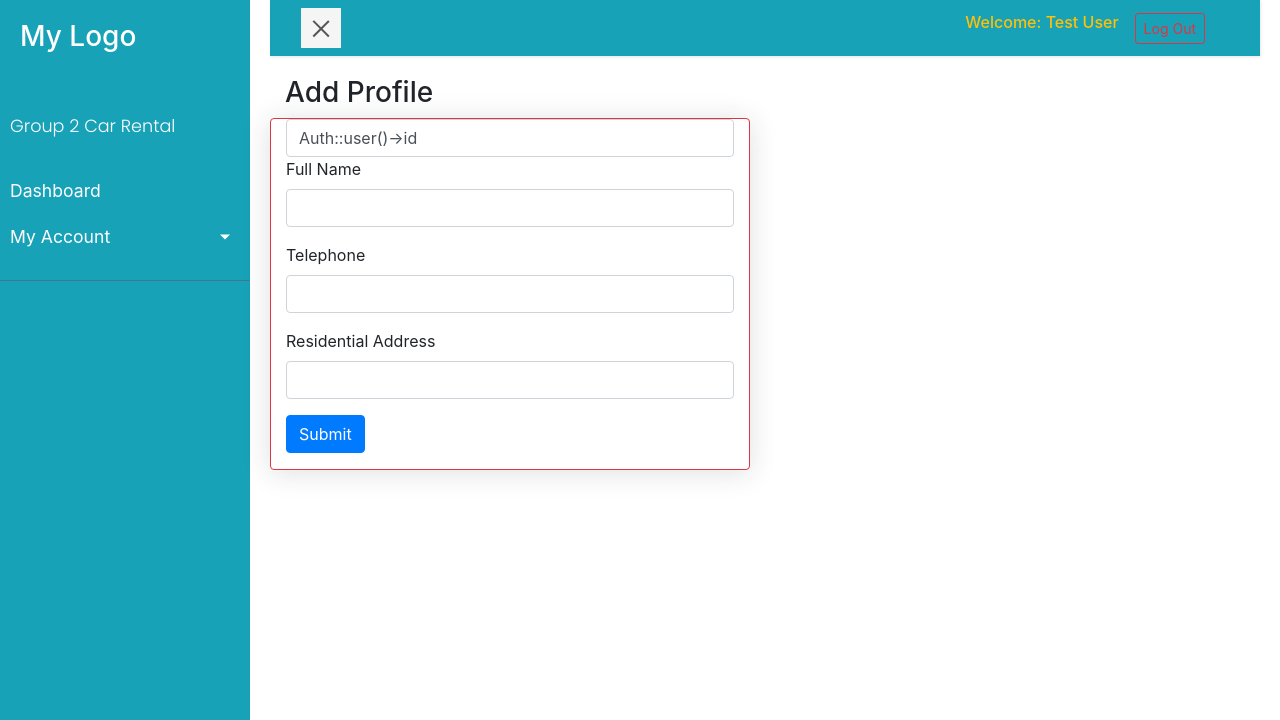
Repository: Cwills21/Aiti-dbc26.1-group-2
Page: http://localhost/customers/add
The author's editor kept a copy of each file at every save. The page is drawn from the files as they stood at one save, then again after the next save.
The browser window is 1280 px wide. The pictures show the whole page.
Some web libraries are served in a nearby version. The page is served by the project's Laravel application, run on PHP 8.4 with Laravel 8. A made-up administrator, Test User (test@example.com), is signed in. Other server files are loaded and not shown.

Above is the page before, as saved 2022-03-24 21:59:22.

### routes/web.php
<?php

use App\Http\Controllers\CarController;
use App\Http\Controllers\RentController;
use App\Http\Controllers\CustomerController;
use App\Http\Controllers\Auth\RegisteredUserController;
use Illuminate\Support\Facades\Route;

/*
|--------------------------------------------------------------------------
| Web Routes
|--------------------------------------------------------------------------
|
| Here is where you can register web routes for your application. These
| routes are loaded by the RouteServiceProvider within a group which
| contains the "web" middleware group. Now create something great!
|
*/


Route::get('/', [CarController::class, 'welcome'])->name('welcome');
Route::get('/dashbd', [CarController::class, 'dashbd'])->name('dashbd');

// Route::get('/dashboard', function () {
//     return view('dashboard');
// })->middleware(['auth'])->name('dashboard');

require __DIR__.'/auth.php';

//Cars
Route::prefix('/cars')->group(function(){
    Route::get('/', [CarController::class, 'showAllCars'])->name('showAllCars');
    Route::get('/add', [CarController::class, 'showAddCarPage'])->name('showAddCarPage');
    Route::get('/{id}/edit', [CarController::class, 'showEditCarPage'])->name('updateCar');

    Route::post('/', [CarController::class, 'saveCar'])->name('saveCar');
    Route::put('/', [CarController::class, 'updateCar']);
    Route::delete('/', [CarController::class, 'deleteCar'])->name('deleteCar');

    });
//Users
Route::prefix('/admin')->group(function(){
    // Route::get('/', [CarController::class, 'showAllCars'])->name('showAllCars');
    Route::get('/add', [RegisteredUserController::class, 'showAddAdmin'])->name('showAddAdmin');
    Route::put('/', [RegisteredUserController::class, 'addAdmin']);
    });

//Rent
Route::prefix('/rent')->group(function(){
    Route::get('/{id}/rent', [RentController::class, 'showRentCarPage'])->name('rentCar');
    });

//Customers
    //Route::prefix('/customers')->group(function(){
        // Route::get('/', [CarController::class, 'showAllCars'])->name('showAllCars');
        //Route::get('/add', [CustomerController::class, 'showAddCustomerPage'])->name('AddProfile');
        // Route::get('/{id}/edit', [CarController::class, 'showEditCarPage'])->name('updateCar');

        // Route::post('/', [CarController::class, 'saveCar'])->name('saveCar');
        // Route::put('/', [CarController::class, 'updateCar']);
        // Route::delete('/', [CarController::class, 'deleteCar'])->name('deleteCar');

        //});

Route::get('/customers', [CustomerController::class, 'showAllCustomers'])->middleware(['auth']);
Route::get('/customers/add', [CustomerController::class, 'showAddCustomerPage'])->name('AddProfile');
// Route::get('/courses/{id}', [CourseController::class, 'showOneCourse'])->name('viewCourse');

Route::get('/customers/{id}/edit', [CustomerController::class, 'showEditCustomerPage'])->name('updateCustomer');
Route::post('/customers', [CustomerController::class, 'saveCustomer'])->name('saveCustomer');
Route::put('/customers', [CustomerController::class, 'updateCustomer']);
Route::delete('/customers', [CustomerController::class, 'deleteCustomer'])->name('deleteCustomer');

### app/Models/User.php
<?php

namespace App\Models;

use Illuminate\Contracts\Auth\MustVerifyEmail;
use Illuminate\Database\Eloquent\Factories\HasFactory;
use Illuminate\Foundation\Auth\User as Authenticatable;
use Illuminate\Notifications\Notifiable;
use Laravel\Sanctum\HasApiTokens;

class User extends Authenticatable
{
    use HasApiTokens, HasFactory, Notifiable;

    /**
     * The attributes that are mass assignable.
     *
     * @var array<int, string>
     */
    protected $fillable = [
        'user_type',
        'name',
        'email',
        'password',
    ];

    /**
     * The attributes that should be hidden for serialization.
     *
     * @var array<int, string>
     */
    protected $hidden = [
        'password',
        'remember_token',
    ];

    /**
     * The attributes that should be cast.
     *
     * @var array<string, string>
     */
    protected $casts = [
        'email_verified_at' => 'datetime',
    ];
}

### app/Http/Controllers/CustomerController.php
<?php

namespace App\Http\Controllers;

use App\Models\Customer;
use Illuminate\Http\Request;

class CustomerController extends Controller
{
    public function showAddCustomerPage(){
    return view('customers.customer-form')
    ->with('customer', new Customer)
    ->with('edit', false);
    }

    public function showAllCustomers(Request $request) {
        $searchTerm = $request->query('search');
         if($searchTerm == null){
             $allCustomers = Customer::paginate(10);
         } else {
              $allCustomers = Customer::where('name','like', "%{$searchTerm}%");
              //->orWhere('Customer_id','like', "%{$searchTerm}%")->paginate(10);
         }
    return view('customers.list')
            ->with('customers', $allCustomers);
        }

    // public function showAddCustomerPage(){

    //     return view('customers.customers-form')
    //          ->with('customer', new Customer)
    //          ->with('edit', false);
    // }



    public function updateCustomer(Request $request){
        $customer = Customer::findOrFail( $request->input('id'));
        $customer->name = $request->input('name');
        $customer->contact = $request->input('contact');
        $customer->address = $request->input('address');
        $customer->save();
        session()->flash('alert', $customer->name. ' updated successfully');
        return redirect('/customers');
    }


    public function showEditCustomerPage($id)
    {
        $customer = Customer::findOrFail($id);
        return view('customers.customer-form')
         ->with('edit', true)
         ->with('customer', $customer);
    }


    public function saveCustomer(Request $request)
    {
        $request->validate([
            'name' => 'required|string|max:100',
            'contact' => 'required|string|unique:customers,contact',
            'address' => 'required'
        ],[
                // custom messages
                'unique' => 'This :attribute is already registered in the system'
            ]);



            $newCustomer = new Customer;
            $newCustomer->user_id = $request->input('user_id');
            $newCustomer->customer_name = $request->input('name');
            $newCustomer->contact = $request->input('contact');
            $newCustomer->res_address = $request->input('address');
            $newCustomer->save();
            session()->flash('alert', $newCustomer->name. ' created successfully');
            // $data = $request->all();
            // unset($data['_token']);
            // Customer::create($data);

            return redirect('/customers');
        }

        public function deleteCustomer(Request $request){
            $customer = Customer::findOrFail( $request->input('id'));
            $customer->delete();
            session()->flash('alert', $customer->name. ' deleted successfully');
            return redirect('/customers');
        }
}

### resources/views/customers/customer-form.blade.php
@extends('layout.master')

@section('page_title', 'Add Profile')

@section('content')

@if($edit)
   <h3>Edit Your Profile</h3>
@else
    <h3>Add Profile</h3>
@endif
<div class="row col-md-6 card border border-danger">
<form action="/customers" method="POST" enctype="multipart/form-data">
    @csrf
    @if($edit)
    <input type="hidden" name="id" value="{{$customer->id}}">
    @method('PUT')
    @endif

  <!-- <div class="mb-3"> -->
      <!-- <label for="user_id" class="form-label">User Id</label> -->
    <input type="text" required class="form-control" name="user_id" value="Auth::user()->id">
  <!-- </div> -->
  <div class="mb-3">
      <label for="name" class="form-label">Full Name</label>
      <input type="text" required
      maxlength="100"
      class="form-control @error('name') is-invalid @enderror"
      name="name"
      value="{{old('name') ? old('name') : $customer->name}}" >
      @error('name')
      <div class="invalid-feedback">{{ $message }}</div>
      @enderror
  </div>
  <div class="mb-3">
      <label for="contact" class="form-label">Telephone</label>
      <input type="text" required
      minlength="10" maxlength="10"
      class="form-control @error('contact') is-invalid @enderror"
      name="contact"
      value="{{old('contact') ? old('contact') : $customer->contact}}" >
      @error('contact')
      <div class="invalid-feedback">{{ $message }}</div>
      @enderror
  </div>
  <div class="mb-3">
      <label for="address" class="form-label">Residential Address</label>
      <input type="text" required
      minlength="2" maxlength="100"
      class="form-control @error('address') is-invalid @enderror"
      name="address"
      value="{{old('address') ? old('address') : $customer->address}}" >
      @error('address')
      <div class="invalid-feedback">{{ $message }}</div>
      @enderror
  </div>
  <div class="mb-3">
  <button type="submit" class="btn btn-primary ">Submit</button>
  </div>
</form>
</div>
@endsection

### resources/views/common/alert.blade.php
 @if(session()->has('alert'))
 <div class="alert alert-success" role="alert">
  {{session('alert')}}
</div>
@endif

### public/css/style.css
/*
    DEMO STYLE
*/
@import "https://fonts.googleapis.com/css?family=Poppins:300,400,500,600,700";


body {
    font-family: 'Poppins', sans-serif;
    background: #fafafa;
}

p {
    font-family: 'Poppins', sans-serif;
    font-size: 1.1em;
    font-weight: 300;
    line-height: 1.7em;
    color: #999;
}

a, a:hover, a:focus {
    color: inherit;
    text-decoration: none;
    transition: all 0.3s;
}

.navbar {
    padding: 2px 10px;
    background: #17a2b8;
    border: none;
    border-radius: 0;
    margin-bottom: 20px;
    /*box-shadow: 1px 1px 3px rgba(0, 0, 0, 0.1);*/
    box-shadow: 1px 1px 3px rgba(0.5, 0, 0, 0.1);
}

.navbar-btn {
    box-shadow: none;
    outline: none !important;
    border: none;
}

.line {
    width: 100%;
    height: 1px;
    border-bottom: 1px dashed #ddd;
    margin: 40px 0;
}

/* ---------------------------------------------------
    SIDEBAR STYLE
----------------------------------------------------- */

.wrapper {
    display: flex;
    width: 100%;
    align-items: stretch;
    perspective: 1500px;
}


#sidebar {
    min-width: 250px;
    max-width: 250px;
    background: #17a2b8;
    color: #fff;
    transition: all 0.6s cubic-bezier(0.945, 0.020, 0.270, 0.665);
    transform-origin: bottom left;
}

    #sidebar.active {
        margin-left: -250px;
        transform: rotateY(100deg);
    }

    #sidebar .sidebar-header {
        padding: 20px;
        background: #17a2b8;
    }

    #sidebar ul.components {
        padding: 20px 0;
        border-bottom: 1px solid #47748b;
    }

    #sidebar ul p {
        color: #fff;
        padding: 10px;
    }

    #sidebar ul li a {
        padding: 10px;
        font-size: 1.1em;
        display: block;
    }

        #sidebar ul li a:hover {
            color: #7386D5;
            background: #fff;
        }

    #sidebar ul li.active > a, a[aria-expanded="true"] {
        color: #fff;
        background: #17a2b8;
    }


a[data-toggle="collapse"] {
    position: relative;
}

.dropdown-toggle::after {
    display: block;
    position: absolute;
    top: 50%;
    right: 20px;
    transform: translateY(-50%);
}

ul ul a {
    font-size: 0.9em !important;
    padding-left: 30px !important;
    background: #6d7fcc;
}

ul.CTAs {
    padding: 20px;
}

    ul.CTAs a {
        text-align: center;
        font-size: 0.9em !important;
        display: block;
        border-radius: 5px;
        margin-bottom: 5px;
    }

a.download {
    background: #fff;
    color: #7386D5;
}

a.article, a.article:hover {
    background: #6d7fcc !important;
    color: #fff !important;
}



/* ---------------------------------------------------
    CONTENT STYLE
----------------------------------------------------- */
#content {
    width: 100%;
    padding: 0px 20px 20px 20px;
    min-height: 100vh;
    transition: all 0.3s;
}

#sidebarCollapse {
    width: 40px;
    height: 40px;
    background: #f5f5f5;
    cursor: pointer;
}

    #sidebarCollapse span {
        width: 80%;
        height: 2px;
        margin: 0 auto;
        display: block;
        background: #555;
        transition: all 0.8s cubic-bezier(0.810, -0.330, 0.345, 1.375);
        transition-delay: 0.2s;
    }

        #sidebarCollapse span:first-of-type {
            transform: rotate(45deg) translate(2px, 2px);
        }

        #sidebarCollapse span:nth-of-type(2) {
            opacity: 0;
        }

        #sidebarCollapse span:last-of-type {
            transform: rotate(-45deg) translate(1px, -1px);
        }


    #sidebarCollapse.active span {
        transform: none;
        opacity: 1;
        margin: 5px auto;
    }


/* ---------------------------------------------------
    MEDIAQUERIES
----------------------------------------------------- */
@media (max-width: 768px) {
    #sidebar {
        margin-left: -250px;
        transform: rotateY(90deg);
    }

        #sidebar.active {
            margin-left: 0;
            transform: none;
        }

    #sidebarCollapse span:first-of-type,
    #sidebarCollapse span:nth-of-type(2),
    #sidebarCollapse span:last-of-type {
        transform: none;
        opacity: 1;
        margin: 5px auto;
    }

    #sidebarCollapse.active span {
        margin: 0 auto;
    }

        #sidebarCollapse.active span:first-of-type {
            transform: rotate(45deg) translate(2px, 2px);
        }

        #sidebarCollapse.active span:nth-of-type(2) {
            opacity: 0;
        }

        #sidebarCollapse.active span:last-of-type {
            transform: rotate(-45deg) translate(1px, -1px);
        }
}

### public/css/details.css
body {
    margin-top: 20px;
    background-color: #f2f6fc;
    color: #69707a;
}

.img-account-profile {
    height: 10rem;
}

.rounded-circle {
    border-radius: 50% !important;
}

.card {
    box-shadow: 0 0.15rem 1.75rem 0 rgb(33 40 50 / 15%);
}

    .card .card-header {
        font-weight: 500;
    }

.card-header:first-child {
    border-radius: 0.35rem 0.35rem 0 0;
}

.card-header {
    padding: 1rem 1.35rem;
    margin-bottom: 0;
    background-color: rgba(33, 40, 50, 0.03);
    border-bottom: 1px solid rgba(33, 40, 50, 0.125);
}

.form-control, .dataTable-input {
    display: block;
    width: 100%;
    padding: 0.875rem 1.125rem;
    font-size: 0.875rem;
    font-weight: 400;
    line-height: 1;
    color: #69707a;
    background-color: #fff;
    background-clip: padding-box;
    border: 1px solid #c5ccd6;
    -webkit-appearance: none;
    -moz-appearance: none;
    appearance: none;
    border-radius: 0.35rem;
    transition: border-color 0.15s ease-in-out, box-shadow 0.15s ease-in-out;
}

.nav-borders .nav-link.active {
    color: #0061f2;
    border-bottom-color: #0061f2;
}

.nav-borders .nav-link {
    color: #69707a;
    border-bottom-width: 0.125rem;
    border-bottom-style: solid;
    border-bottom-color: transparent;
    padding-top: 0.5rem;
    padding-bottom: 0.5rem;
    padding-left: 0;
    padding-right: 0;
    margin-left: 1rem;
    margin-right: 1rem;
}

### public/assets/css/media-queries.css

@media (min-width: 992px) and (max-width: 1199px) {

	.section-1-box .section-1-box-icon { width: 60px; height: 60px; font-size: 32px; line-height: 60px; }

}

@media (min-width: 768px) and (max-width: 991px) {

	.navbar-expand-md .navbar-nav .nav-link { padding-left: 0.6rem; padding-right: 0.6rem; }

	.section-description p { padding: 0; }

	.section-1-box .section-1-box-icon { width: 50px; height: 50px; font-size: 26px; line-height: 50px; }

	.section-3-box .section-3-box-icon { width: 50px; height: 50px; font-size: 26px; line-height: 50px; }

}

@media (max-width: 767px) {

	.navbar-dark .navbar-toggler { border-color: #444; }
	.navbar-dark .navbar-toggler:focus { background: #333; outline: 0; }
	.navbar-expand-md .navbar-nav .nav-link { padding-top: 0.3rem; padding-bottom: 0.3rem; }

	.section-description p { padding: 0; }

	.section-1-container { padding-bottom: 60px; }
	.section-1-box { text-align: center; }
	.section-1-box h3 { margin-top: 20px; padding-top: 10px; }

	.section-3-box { text-align: center; }
	.section-3-box h3 { margin-top: 20px; padding-top: 10px; }

}

@media (max-width: 415px) {

	h1, h2 { font-size: 32px; }

}


/* Retina-ize images/icons */

@media
only screen and (-webkit-min-device-pixel-ratio: 2),
only screen and (   min--moz-device-pixel-ratio: 2),
only screen and (     -o-min-device-pixel-ratio: 2/1),
only screen and (        min-device-pixel-ratio: 2),
only screen and (                min-resolution: 192dpi),
only screen and (                min-resolution: 2dppx) {

	/* logo */
    .navbar-brand {
    	background-image: url(../img/logo@2x.png) !important; background-repeat: no-repeat !important; background-size: 123px 34px !important;
    }

}

### public/assets/css/carousel.css
/*

CC 2.0 License Iatek LLC 2018
Attribution required

*/


@media (min-width: 768px) and (max-width: 991px) {
  /* Show 4th slide on md  if col-md-4*/
    .carousel-inner .active.col-md-4.carousel-item + .carousel-item + .carousel-item + .carousel-item {
        position: absolute;
        top: 0;
        right: -33.3333%;  /*change this with javascript in the future*/
        z-index: -1;
        display: block;
        visibility: visible;
    }

}

@media (min-width: 576px) and (max-width: 768px) {
  /* Show 3rd slide on sm  if col-sm-6*/
    .carousel-inner .active.col-sm-6.carousel-item + .carousel-item + .carousel-item {
        position: absolute;
        top: 0;
        right: -50%;  /*change this with javascript in the future*/
        z-index: -1;
        display: block;
        visibility: visible;
    }

}
@media (min-width: 576px) {

    .carousel-item {
        margin-right: 0;
    }

    /* show 2 items */
    .carousel-inner .active + .carousel-item {
        display: block;
    }

    .carousel-inner .carousel-item.active:not(.carousel-item-right):not(.carousel-item-left),
    .carousel-inner .carousel-item.active:not(.carousel-item-right):not(.carousel-item-left) + .carousel-item {
        transition: none;
    }

    .carousel-inner .carousel-item-next {
      position: relative;
      transform: translate3d(0, 0, 0);
    }

    /* left or forward direction */
    .active.carousel-item-left + .carousel-item-next.carousel-item-left,
    .carousel-item-next.carousel-item-left + .carousel-item,
    .carousel-item-next.carousel-item-left + .carousel-item + .carousel-item {
        position: relative;
        transform: translate3d(-100%, 0, 0);
        visibility: visible;
    }

    /* farthest right hidden item must be abso position for animations */
    .carousel-inner .carousel-item-prev.carousel-item-right {
        position: absolute;
        top: 0;
        left: 0;
        z-index: -1;
        display: block;
        visibility: visible;
    }

    /* right or prev direction */
    .active.carousel-item-right + .carousel-item-prev.carousel-item-right,
    .carousel-item-prev.carousel-item-right + .carousel-item,
    .carousel-item-prev.carousel-item-right + .carousel-item + .carousel-item {
        position: relative;
        transform: translate3d(100%, 0, 0);
        visibility: visible;
        display: block;
        visibility: visible;
    }

}

/*MD*/
@media (min-width: 768px) {

    /* show 3rd of 3 item slide */
  .carousel-inner .active + .carousel-item + .carousel-item {
        display: block;
    }

    .carousel-inner .carousel-item.active:not(.carousel-item-right):not(.carousel-item-left) + .carousel-item + .carousel-item {
        transition: none;
    }


    .carousel-inner .carousel-item-next {
      position: relative;
      transform: translate3d(0, 0, 0);
    }


    /* left or forward direction */
    .carousel-item-next.carousel-item-left + .carousel-item + .carousel-item + .carousel-item {
        position: relative;
        transform: translate3d(-100%, 0, 0);
        visibility: visible;
    }

    /* right or prev direction */
    .carousel-item-prev.carousel-item-right + .carousel-item + .carousel-item + .carousel-item {
        position: relative;
        transform: translate3d(100%, 0, 0);
        visibility: visible;
        display: block;
        visibility: visible;
    }

}


/*LG */
@media (min-width: 991px) {

    /* show 4th item */
    .carousel-inner .active + .carousel-item + .carousel-item + .carousel-item {
        display: block;
    }

    .carousel-inner .carousel-item.active:not(.carousel-item-right):not(.carousel-item-left) + .carousel-item + .carousel-item + .carousel-item {
        transition: none;
    }

    /* Show 5th slide on lg if col-lg-3 */
    .carousel-inner .active.col-lg-3.carousel-item + .carousel-item + .carousel-item + .carousel-item + .carousel-item {
        position: absolute;
        top: 0;
        right: -25%;  /*change this with javascript in the future*/
        z-index: -1;
        display: block;
        visibility: visible;
    }

    /* left or forward direction */
    .carousel-item-next.carousel-item-left + .carousel-item + .carousel-item + .carousel-item + .carousel-item {
        position: relative;
        transform: translate3d(-100%, 0, 0);
        visibility: visible;
    }

    /* right or prev direction //t - previous slide direction last item animation fix */
    .carousel-item-prev.carousel-item-right + .carousel-item + .carousel-item + .carousel-item + .carousel-item {
        position: relative;
        transform: translate3d(100%, 0, 0);
        visibility: visible;
        display: block;
        visibility: visible;
    }

}

/*LG 6th  -  if you want a carousel with 6 slides */
@media (min-width: 991px) {

        /* show 5th and 6th item */
 /*   .carousel-inner .active + .carousel-item + .carousel-item + .carousel-item + .carousel-item,
  .carousel-inner .active + .carousel-item + .carousel-item + .carousel-item + .carousel-item + .carousel-item {
        display: block;
    }



    .carousel-inner .carousel-item.active:not(.carousel-item-right):not(.carousel-item-left) + .carousel-item + .carousel-item + .carousel-item + .carousel-item,
  .carousel-inner .carousel-item.active:not(.carousel-item-right):not(.carousel-item-left) + .carousel-item + .carousel-item + .carousel-item + .carousel-item + .carousel-item {
      transition: none;
    }
*/


  /*show 7th slide for animation when its a 6 slides carousel */
 /*      .carousel-inner .active.carousel-item + .carousel-item + .carousel-item + .carousel-item + .carousel-item + .carousel-item  + .carousel-item {
        position: absolute;
        top: 0;
        right: -16.666666666%;
        z-index: -1;
        display: block;
        visibility: visible;
  }
  */

      /* forward direction > */
 /*   .carousel-item-next.carousel-item-left + .carousel-item + .carousel-item + .carousel-item + .carousel-item,
  .carousel-item-next.carousel-item-left + .carousel-item + .carousel-item + .carousel-item + .carousel-item + .carousel-item {
        position: relative;
        transform: translate3d(-100%, 0, 0);
        visibility: visible;
    }
  */
      /* prev direction < last item animation fix */
 /*   .carousel-item-prev.carousel-item-right + .carousel-item + .carousel-item + .carousel-item + .carousel-item + .carousel-item,
    .carousel-item-prev.carousel-item-right + .carousel-item + .carousel-item + .carousel-item + .carousel-item + .carousel-item + .carousel-item {
        position: relative;
        transform: translate3d(100%, 0, 0);
        visibility: visible;
        display: block;
        visibility: visible;
    }
*/
}

Loaded but not shown: routes/auth.php (common file); app/Http/Controllers/Controller.php (common file); app/Models/Customer.php (common file); resources/views/components/responsive-nav-link.blade.php (common file); public/css/bootstrap.css (library); public/assets/css/animate.css (library); public/assets/js/jquery-3.3.1.min.js (library); public/assets/js/jquery-migrate-3.0.0.min.js (library); public/assets/js/jquery.backstretch.min.js (library); public/assets/js/wow.min.js (library); public/assets/js/scripts.js (63 lines, source omitted); resources/views/layout/master.blade.php (167 lines, source omitted)

After the next save:
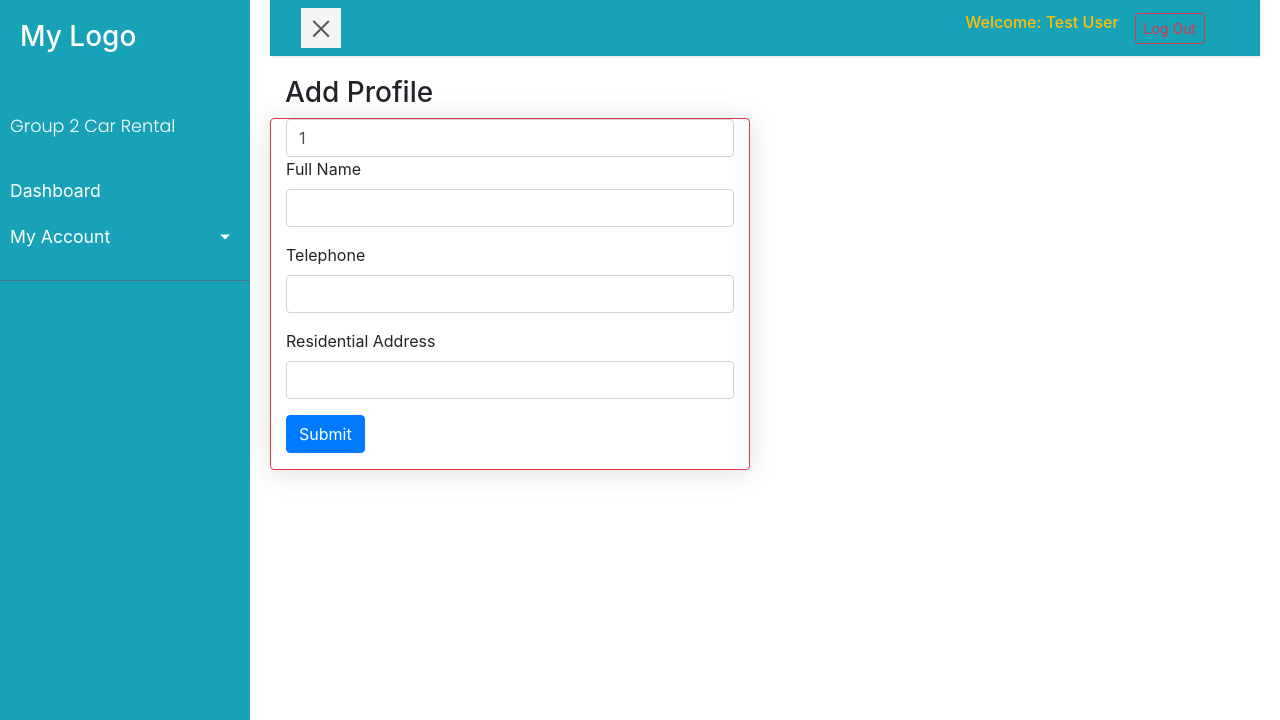
Saved 25 s later.
--- a/resources/views/customers/customer-form.blade.php
+++ b/resources/views/customers/customer-form.blade.php
@@ -19,7 +19,7 @@
 
   <!-- <div class="mb-3"> -->
       <!-- <label for="user_id" class="form-label">User Id</label> -->
-    <input type="text" required class="form-control" name="user_id" value="Auth::user()->id">
+    <input type="text" required class="form-control" name="user_id" value="{{Auth::user()->id}}">
   <!-- </div> -->
   <div class="mb-3">
       <label for="name" class="form-label">Full Name</label>
